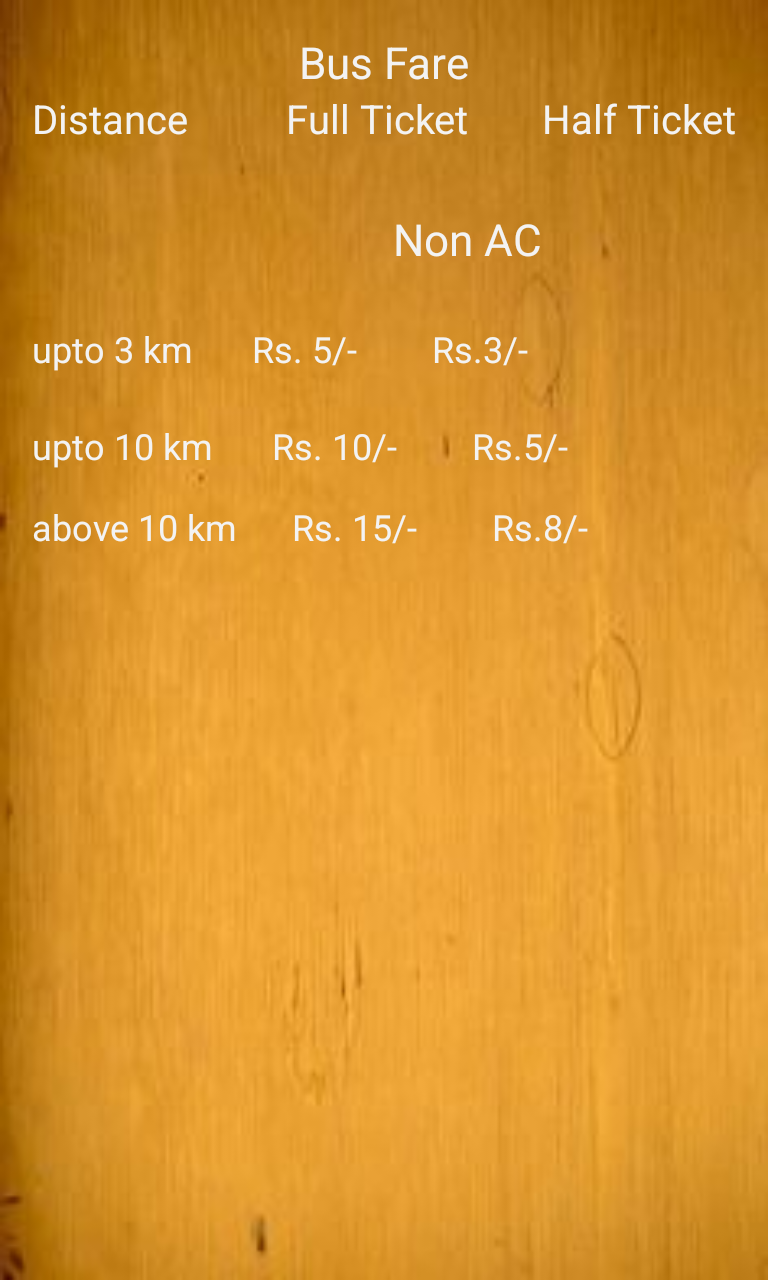
Repository: yogeshwar1996/android-app
Layout: CHD!!@BUSES/res/layout/activity_info.xml
The author's editor kept a copy of each file at every save. The layout is drawn from the files as they stood at one save, then again after the next save.
It is drawn on a 768 x 1280 px phone screen (xhdpi) without system bars, with theme android:Theme.Holo; the app's code is not run.

Above is the layout before, as saved 2016-07-11 05:00:47.

After the next save:
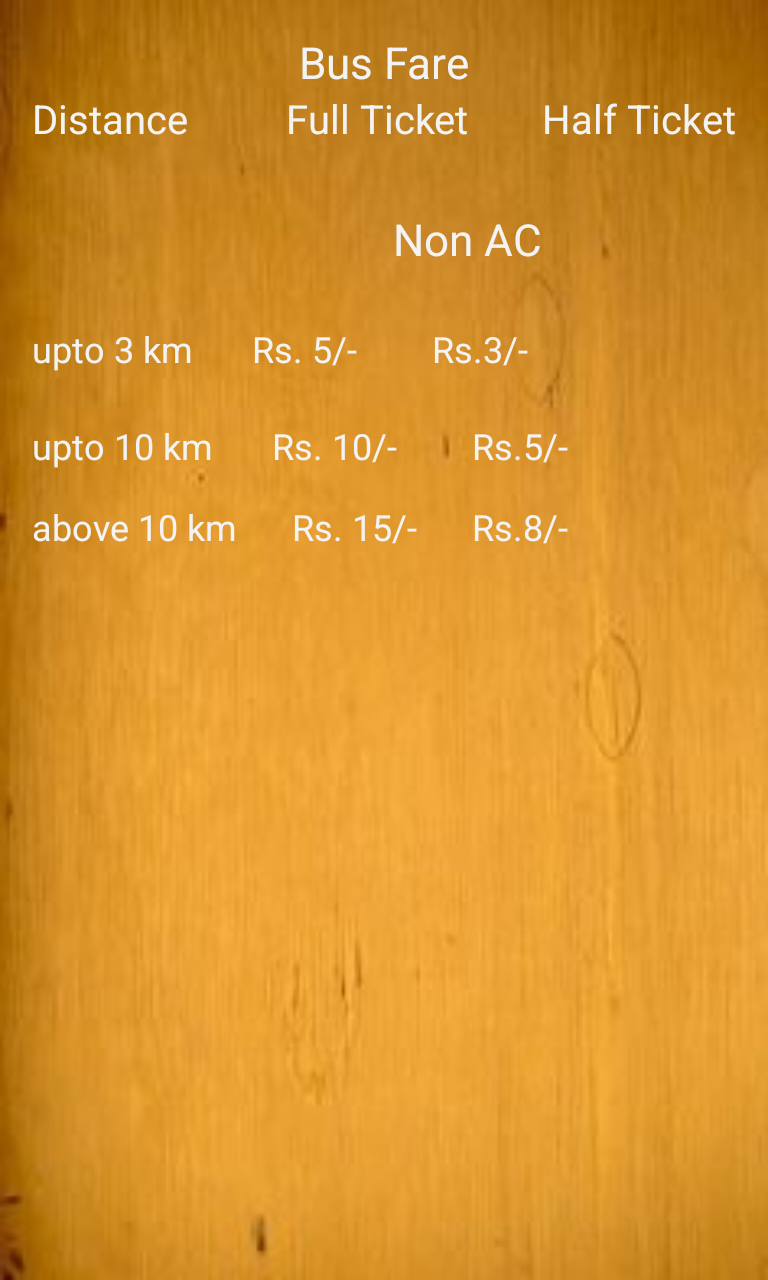
Saved 20 s later.
--- a/CHD!!@BUSES/res/layout/activity_info.xml
+++ b/CHD!!@BUSES/res/layout/activity_info.xml
@@ -86,7 +86,7 @@
         android:layout_alignLeft="@+id/TextView01"
         android:layout_below="@+id/TextView01"
         android:layout_marginTop="16dp"
-        android:text="above 10 km 			Rs. 15/-				Rs.8/-"
+        android:text="above 10 km 			Rs. 15/-			Rs.8/-"
         android:textAppearance="?android:attr/textAppearanceMedium" />
 
 </RelativeLayout>
